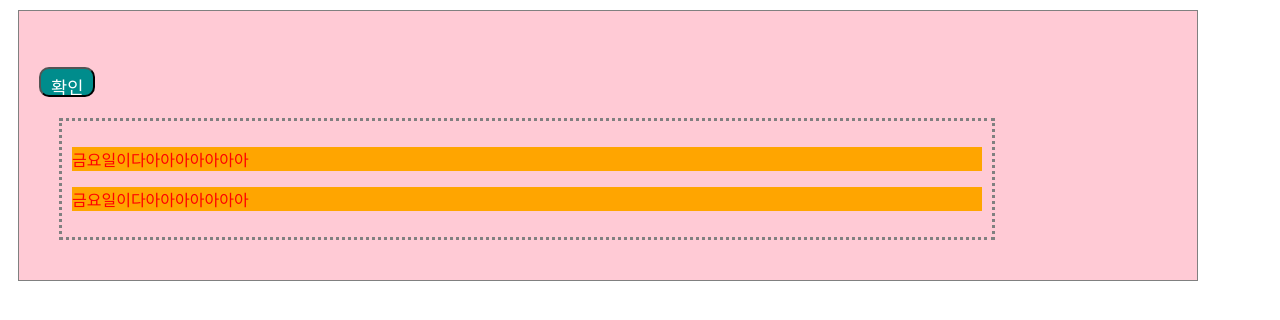
Repository: jeje0130/html
Page: jqpro/WebContent/0129/CSS메서드.html
These files come from the project's save history. The page is drawn as it stood at one moment and after the next save; the edit follows.
The browser window is 1280 px wide. The pictures show the whole page.
After loading, the first visible `input` was clicked once.

Above is the page before, as saved 2021-01-29 00:44:03.

After the next save:
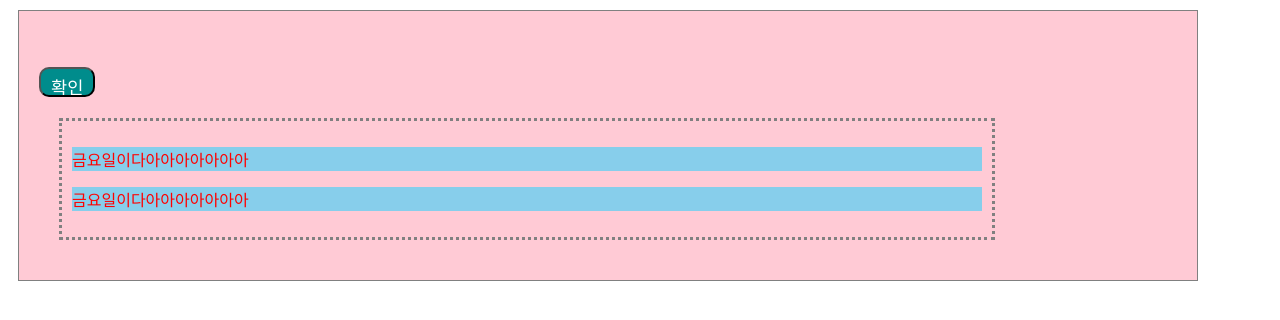
Saved 35 s later.
--- a/jqpro/WebContent/0129/CSS메서드.html
+++ b/jqpro/WebContent/0129/CSS메서드.html
@@ -15,7 +15,7 @@ $(function () {
 </script>
 <style>
 .bcolor{
-	background: orange;
+	background: skyblue;
 }
 #result1{
 	color : red;
